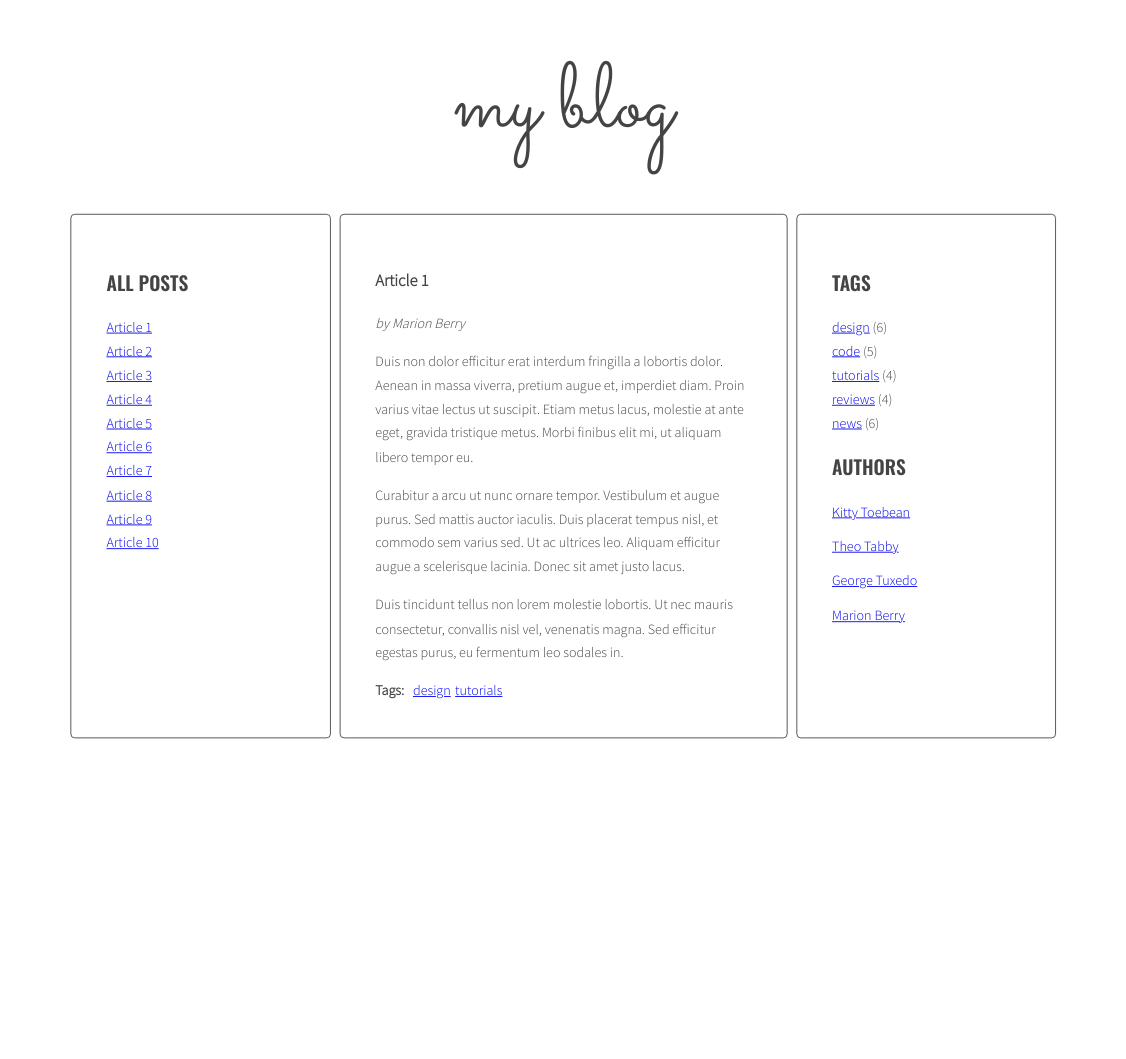
Repository: ulasup/javascript-blog
Page: index.html
An editor plug-in stored every save of this project. The page is shown before and after the next save, followed by the edit.
The browser window is 1280 px wide. The pictures show the whole page, at 88% of full size.
The style sheet was rebuilt from its Sass, Less or Tailwind sources for each picture, by a compiler version that may differ from the author's.

Above is the page before, as saved 2020-12-19 16:51:23.

### index.html
<!DOCTYPE html>
<html  lang="en">
    <head>
        <meta charset="UTF-8">
        <title>Film blog</title>
        <link rel="stylesheet" href="css/style.css">
    </head>
    <body>
        <div class="blog">
            <div class="container">
              <h1 class="logo">my blog</h1>
              <main class="wrapper">
                <aside class="sidebar">
                  <h2 class="section-title">All posts</h2>
                  <ul class="list titles">
                  </ul>
                </aside>
                <section class="posts">
                  <article class="post active" id="article-1" data-tags="design tutorials">
                    <h3 class="post-title">Article 1</h3>
                    <p class="post-author">by Marion Berry</p>
                    <div class="post-content">
                      <p>Duis non dolor efficitur erat interdum fringilla a lobortis dolor. Aenean in massa viverra, pretium augue et, imperdiet diam. Proin varius vitae lectus ut suscipit. Etiam metus lacus, molestie at ante eget, gravida tristique metus. Morbi finibus elit mi, ut aliquam libero tempor eu.</p>
                      <p>Curabitur a arcu ut nunc ornare tempor. Vestibulum et augue purus. Sed mattis auctor iaculis. Duis placerat tempus nisl, et commodo sem varius sed. Ut ac ultrices leo. Aliquam efficitur augue a scelerisque lacinia. Donec sit amet justo lacus.</p>
                      <p>Duis tincidunt tellus non lorem molestie lobortis. Ut nec mauris consectetur, convallis nisl vel, venenatis magna. Sed efficitur egestas purus, eu fermentum leo sodales in.</p>
                    </div>
                    <div class="post-tags">
                      <p><strong>Tags:</strong></p>
                      <ul class="list list-horizontal">
                      </ul>
                    </div>
                  </article>
                  <article class="post" id="article-2" data-tags="news code">
                    <h3 class="post-title">Article 2</h3>
                    <p class="post-author">by Theo Tabby</p>
                    <div class="post-content">
                      <p>Phasellus sollicitudin, arcu vel iaculis ullamcorper, quam leo viverra orci, et faucibus quam sapien vel est. Maecenas ac suscipit elit. Nullam interdum, lorem vitae venenatis pulvinar, ex dui malesuada nunc, tempus cursus enim metus vel nulla.</p>
                      <p>Integer hendrerit, eros id efficitur dapibus, ante arcu ullamcorper orci, a iaculis felis turpis at purus. Quisque sodales posuere sapien vel consectetur. Duis dui urna, commodo non ante nec, mattis dictum enim. Donec aliquam erat sed diam lobortis, vel gravida lacus laoreet. Phasellus pretium maximus mi, eu posuere justo suscipit vel.</p>
                      <p>Nam magna nisl, varius in malesuada vitae, facilisis vel metus. Proin rhoncus euismod leo dictum lobortis. Suspendisse non ante sapien.</p>
                    </div>
                    <div class="post-tags">
                      <p><strong>Tags:</strong></p>
                      <ul class="list list-horizontal">
                      </ul>
                    </div>
                  </article>
                  <article class="post" id="article-3" data-tags="news reviews design">
                    <h3 class="post-title">Article 3</h3>
                    <p class="post-author">by George Tuxedo</p>
                    <div class="post-content">
                      <p>Mauris vel pellentesque turpis, ac sodales nisl. Quisque iaculis mi velit, ut convallis tellus accumsan a. Quisque iaculis, nisi et dignissim tincidunt, nisl eros euismod nulla, finibus laoreet erat enim posuere elit.</p>
                      <p>Aenean at semper urna. Duis vel sapien molestie, egestas diam consequat, molestie nulla. Praesent a malesuada metus. Praesent et tempus leo.</p>
                      <p>Mauris in eleifend neque, vitae eleifend velit. Maecenas purus est, bibendum eget imperdiet id, dictum sed ante. Aenean a magna et eros sagittis aliquet.</p>
                    </div>
                    <div class="post-tags">
                      <p><strong>Tags:</strong></p>
                      <ul class="list list-horizontal">
                      </ul>
                    </div>
                  </article>
                  <article class="post" id="article-4" data-tags="tutorials code design">
                    <h3 class="post-title">Article 4</h3>
                    <p class="post-author">by Kitty Toebean</p>
                    <div class="post-content">
                      <p>Morbi vel cursus nulla, vel varius mauris. Suspendisse sed elit sit amet risus faucibus vestibulum ut sit amet purus. Donec orci est, condimentum ut quam quis, scelerisque fringilla ligula.</p>
                      <p>Quisque bibendum nisl id quam sagittis, id pretium dolor scelerisque. Suspendisse non odio nec velit dapibus placerat non a libero.</p>
                      <p>Vivamus at tristique ex, feugiat sagittis ex. Cras cursus, ipsum et efficitur commodo, urna sapien rutrum magna, quis sodales justo ligula eget nunc. In hac habitasse platea dictumst.</p>
                    </div>
                    <div class="post-tags">
                      <p><strong>Tags:</strong></p>
                      <ul class="list list-horizontal">
                      </ul>
                    </div>
                  </article>
                  <article class="post" id="article-5" data-tags="design reviews">
                    <h3 class="post-title">Article 5</h3>
                    <p class="post-author">by Marion Berry</p>
                    <div class="post-content">
                      <p>Suspendisse sem eros, euismod condimentum arcu ac, consequat fermentum orci. Nam convallis lacus nec interdum vestibulum. Vestibulum luctus, quam eu tristique ornare, lorem nibh sodales enim, vitae tempor dolor ante vitae tortor.</p>
                      <p>Duis venenatis metus quis luctus lobortis. In porttitor ipsum eget ligula aliquam ornare. Cras malesuada urna id volutpat sodales.</p>
                      <p>Donec lobortis ultricies turpis, eu viverra magna gravida quis. Fusce sit amet pretium nulla. Duis rutrum metus vel libero sodales, pellentesque varius ex pulvinar.</p>
                    </div>
                    <div class="post-tags">
                      <p><strong>Tags:</strong></p>
                      <ul class="list list-horizontal">
                      </ul>
                    </div>
                  </article>
                  <article class="post" id="article-6" data-tags="reviews code">
                    <h3 class="post-title">Article 6</h3>
                    <p class="post-author">by George Tuxedo</p>
                    <div class="post-content">
                      <p>Donec posuere iaculis ante sed hendrerit. Lorem ipsum dolor sit amet, consectetur adipiscing elit. Quisque hendrerit neque nec urna tincidunt, quis vehicula dui vulputate. Morbi est sapien, auctor ut lectus eu, placerat viverra lorem.</p>
                      <p>Cras consectetur at erat id accumsan. Suspendisse lacinia in nulla quis vulputate. Nunc vitae consectetur augue. Nam ut vehicula mi. Aliquam tristique, purus in hendrerit porta, elit lectus finibus mi, vel malesuada nisl lectus a libero.</p>
                      <p>Nam quis efficitur ante. Sed eget purus quis ex commodo porta eu sit amet dolor. Mauris tellus nisl, dictum nec est vitae, condimentum ornare ante. Fusce ornare hendrerit maximus. In maximus rhoncus justo.</p>
                    </div>
                    <div class="post-tags">
                      <p><strong>Tags:</strong></p>
                      <ul class="list list-horizontal">
                      </ul>
                    </div>
                  </article>
                  <article class="post" id="article-7" data-tags="code news">
                    <h3 class="post-title">Article 7</h3>
                    <p class="post-author">by Kitty Toebean</p>
                    <div class="post-content">
                      <p>Donec eleifend mauris ac nisl fermentum, ac fermentum turpis dignissim. Aliquam diam nisl, imperdiet a varius eget, lobortis sed nisi. Nullam suscipit ipsum sed magna blandit, sed pellentesque urna malesuada.</p>
                      <p>Duis vestibulum arcu et lectus viverra porta. Praesent tempor lacus eget quam mattis, sit amet venenatis diam ultrices. Morbi gravida sapien quis ligula tincidunt, vel sagittis erat ultrices.</p>
                      <p>Ut orci tellus, laoreet ac diam ut, tempus bibendum nisi. Nam egestas sagittis nibh. Curabitur tristique dui quis egestas pretium. Duis eu felis orci.</p>
                    </div>
                    <div class="post-tags">
                      <p><strong>Tags:</strong></p>
                      <ul class="list list-horizontal">
                      </ul>
                    </div>
                  </article>
                  <article class="post" id="article-8" data-tags="news design tutorials">
                    <h3 class="post-title">Article 8</h3>
                    <p class="post-author">by Theo Tabby</p>
                    <div class="post-content">
                      <p>Praesent quis imperdiet erat. Curabitur tempor sapien a interdum malesuada. Proin libero erat, sagittis a sollicitudin eget, pulvinar nec risus. Cras et suscipit sem.</p>
                      <p>Maecenas consequat diam nec sollicitudin congue. Aenean porttitor porttitor quam, condimentum interdum metus congue sed. Donec at nulla ipsum.</p>
                      <p>Mauris non congue dui. Aenean ac eros vitae massa vulputate aliquet ut ac elit. Morbi iaculis auctor nunc aliquet luctus. Nunc tincidunt sem dui, quis interdum leo pellentesque eget. Fusce id leo varius, imperdiet nunc vitae, tristique mi. Mauris quis interdum justo. Mauris auctor purus eu leo faucibus feugiat. Nulla at odio vitae leo semper blandit.</p>
                    </div>
                    <div class="post-tags">
                      <p><strong>Tags:</strong></p>
                      <ul class="list list-horizontal">
                      </ul>
                    </div>
                  </article>
                  <article class="post" id="article-9" data-tags="news tutorials">
                    <h3 class="post-title">Article 9</h3>
                    <p class="post-author">by Marion Berry</p>
                    <div class="post-content">
                      <p>Tam et facilisis purus. Donec vulputate est quis lobortis posuere. Nunc vitae lorem ut odio faucibus pulvinar nec in justo. Ut ut ante ac tellus ornare tempus. Nunc maximus, tortor et dictum convallis, nunc libero posuere leo, scelerisque ultrices arcu sapien ut tellus.</p>
                      <p>Fusce lacinia augue massa, non tincidunt tortor auctor quis. Vestibulum ut pretium nisl. Etiam id tellus tempus, commodo ligula vehicula, porta magna.</p>
                      <p>Donec fringilla blandit dolor vel aliquet. Fusce tortor sapien, lobortis eu vehicula sit amet, dignissim et lectus. In ullamcorper metus vel massa fermentum, at fermentum dui sollicitudin. Nullam lacinia elit vel tortor ullamcorper pulvinar.</p>
                    </div>
                    <div class="post-tags">
                      <p><strong>Tags:</strong></p>
                      <ul class="list list-horizontal">
                      </ul>
                    </div>
                  </article>
                  <article class="post" id="article-10" data-tags="code design news reviews">
                    <h3 class="post-title">Article 10</h3>
                    <p class="post-author">by George Tuxedo</p>
                    <div class="post-content">
                      <p>Aliquam erat volutpat. Ut non eleifend lectus. Donec suscipit tellus tempor, ornare dui id, hendrerit neque. Phasellus lacinia laoreet dui in luctus. Sed hendrerit, magna sit amet varius tempor, augue augue scelerisque est, non scelerisque mauris libero eu sapien.</p>
                      <p>Sed at sapien in quam sollicitudin aliquam. In interdum metus a mi porttitor luctus. Sed commodo, arcu id lacinia posuere, felis elit pharetra urna, at feugiat est orci sit amet libero. Quisque in nisl est. Nullam vehicula at lectus non luctus. Cras aliquam neque magna, at varius nisi egestas ut.</p>
                      <p>Rhoncus purus nulla, non auctor lacus placerat ut. Aliquam condimentum eget magna ac gravida. Etiam egestas faucibus urna et finibus. Cras vel tellus vel magna suscipit euismod. Maecenas id arcu ante. Duis iaculis scelerisque erat, at ullamcorper arcu consectetur eu. Fusce aliquam diam at arcu pharetra, vel fermentum nunc lobortis.</p>
                    </div>
                    <div class="post-tags">
                      <p><strong>Tags:</strong></p>
                      <ul class="list list-horizontal">
                      </ul>
                    </div>
                  </article>
                </section>
                <aside class="sidebar">
                  <h2 class="section-title">Tags</h2>
                  <ul class="list tags">
                    <li><a href="#">design</a> <span>(6)</span></li>
                    <li><a href="#">code</a> <span>(5)</span></li>
                    <li><a href="#">tutorials</a> <span>(4)</span></li>
                    <li><a href="#">reviews</a> <span>(4)</span></li>
                    <li><a href="#">news</a> <span>(6)</span></li>
                  </ul>
                  <h2 class="section-title">Authors</h2>
                  <ul class="list authors">
                    <li>
                      <a href="#">
                        <span class="author-name">Kitty Toebean</span>
                      </a>
                    </li>
                    <li>
                      <a href="#">
                        <span class="author-name">Theo Tabby</span>
                      </a>
                    </li>
                    <li>
                      <a href="#">
                        <span class="author-name">George Tuxedo</span>
                      </a>
                    </li>
                    <li>
                      <a href="#">
                        <span class="author-name">Marion Berry</span>
                      </a>
                    </li>
                  </ul>
                </aside>
              </main>
            </div>
          </div>
    <script src="js/script.js"></script>
    </body>
</html>

### js/script.js
'use strict';

function titleClickHandler(event){
  event.preventDefault();

  const activeLinks = document.querySelectorAll('.titles a.active');
  for(let activeLink of activeLinks){
    activeLink.classList.remove('active');
  }

  const clickedElement = this;
  clickedElement.classList.add('active');

  const activeArticles = document.querySelectorAll('.post.active');
  for(let activeArticle of activeArticles){
    activeArticle.classList.remove('active');
  }

  const articleSelector = clickedElement.getAttribute('href');
  const targetArticle = document.querySelector(articleSelector);
  targetArticle.classList.add('active');
}

const optArticleSelector = '.post',
  optTitleSelector = '.post-title',
  optTitleListSelector = '.titles',
  optArticleTagsSelector = '.post-tags .list',
  optTagsListSelector = '.tags.list';

function generateTitleLinks(customSelector = ''){

  const titleList = document.querySelector(optTitleListSelector);
  titleList.innerHTML = '';

  const articles = document.querySelectorAll(optArticleSelector + customSelector);
  let html = '';
  for (let article of articles){
    const articleId = article.getAttribute('id');
    const articleTitle = article.querySelector(optTitleSelector).innerHTML;
    const linkHTML = '<li><a href="#' + articleId + '"><span>' + articleTitle + '</span></a></li>';
    html = html + linkHTML;
  }
  titleList.innerHTML = html;

  const links = document.querySelectorAll('.titles a');
  for(let link of links){
    link.addEventListener('click', titleClickHandler);
  }
}

generateTitleLinks();


function generateTags(){
  let allTags = [];
  const articles = document.querySelectorAll(optArticleSelector);
  for (let article of articles){
    const tagList = article.querySelector(optArticleTagsSelector);
    let html = '';
    const articleTags = article.getAttribute('data-tags');
    const articleTagsArray = articleTags.split(' ');
    for (let tag of articleTagsArray){
      const linkHTML = '<li><a href="#tag-' + tag + '"><span>' + tag + '</span></a></li>';
      html = html + linkHTML;
    }
    tagList.innerHTML = html;
  }
}

generateTags();

function tagClickHandler(event){
  event.preventDefault();

  const clickedElement = this;
  console.log(clickedElement);
  const href = clickedElement.getAttribute('href');
  const tag = href.replace('#tag-', '');

  const activeTags = document.querySelectorAll('a.active[href^="#tag-"]');
  for(let activeTag of activeTags){
    activeTag.classList.remove('active');
  }

  const tagLinks = document.querySelectorAll('a[href="' + href + '"]');
  for (let tagLink of tagLinks){
    tagLink.classList.add('active');
  }

  generateTitleLinks('[data-tags~="' + tag + '"]');
}

function addClickListenersToTags(){
  const links =  document.querySelectorAll(optArticleTagsSelector);
  for(let link of links){
    link.addEventListener('click', tagClickHandler);
  }
}

addClickListenersToTags();

### sass/style.scss
@import url('https://fonts.googleapis.com/css?family=Oswald:400,600|Sacramento|Source+Sans+Pro:300&subset=latin-ext');

/* Variables */

$color-light: #fff;
$color-dark: #444;

$font-logo: 'Sacramento', cursive;
$font-header: 'Oswald', sans-serif;
$font-text: 'Source Sans Pro', sans-serif;

/* Global */

*, *::before, *::after {
  box-sizing: border-box;
}

body {
  background: $color-light;
  font-family: $font-text;
  color: $color-dark;
  font-weight: 300;
  font-size: 16px;
  line-height: 1.7;
}

.container {
  max-width: 1140px;
  margin: 0 auto;
}

.section-title {
  font-size: 22px;
  text-transform: uppercase;
  font-family: $font-header;
  font-weight: 600;

  span {
    text-transform: none;
    font-weight: 400;
    color: lighten($color-dark, 20%);
  }
}

/* Layout */

.wrapper {
  display: flex;
  margin-left: 10px;
}

.sidebar {
  flex: 1 0 0;
}

.posts {
  flex: 2 0 0;
}

.sidebar, .posts {
  background: $color-light;
  margin-right: 10px;
  padding: 40px;
  border: 1px solid $color-dark;
  border-radius: 5px;
}

/* Logo */

.logo {
  font-family: $font-logo;
  font-weight: 400;
  font-size: 104px;
  line-height: 1;
  text-align: center;
}

/* Lists */

.list {
  list-style-type: none;
  margin: 0;
  padding: 0;

  .active {
    font-weight: bold;
  }
}

.list-horizontal {
  li {
    display: inline-block;
    margin-right: 5px;
  }
}

/* Authors */

.authors {
  li {
    margin-bottom: 12px;
  }
}

/* Post */

.post {
  z-index: 1;
  position: absolute;
  opacity: 0;

  &.active {
    z-index: 2;
    position: relative;
    opacity: 1;
    transition: opacity 1s;
  }
}

.post-author {
  font-style: italic;
}

.post-tags {
  display: flex;

  p {
    margin: 0 10px 0 0;
  }
}

After the next save:
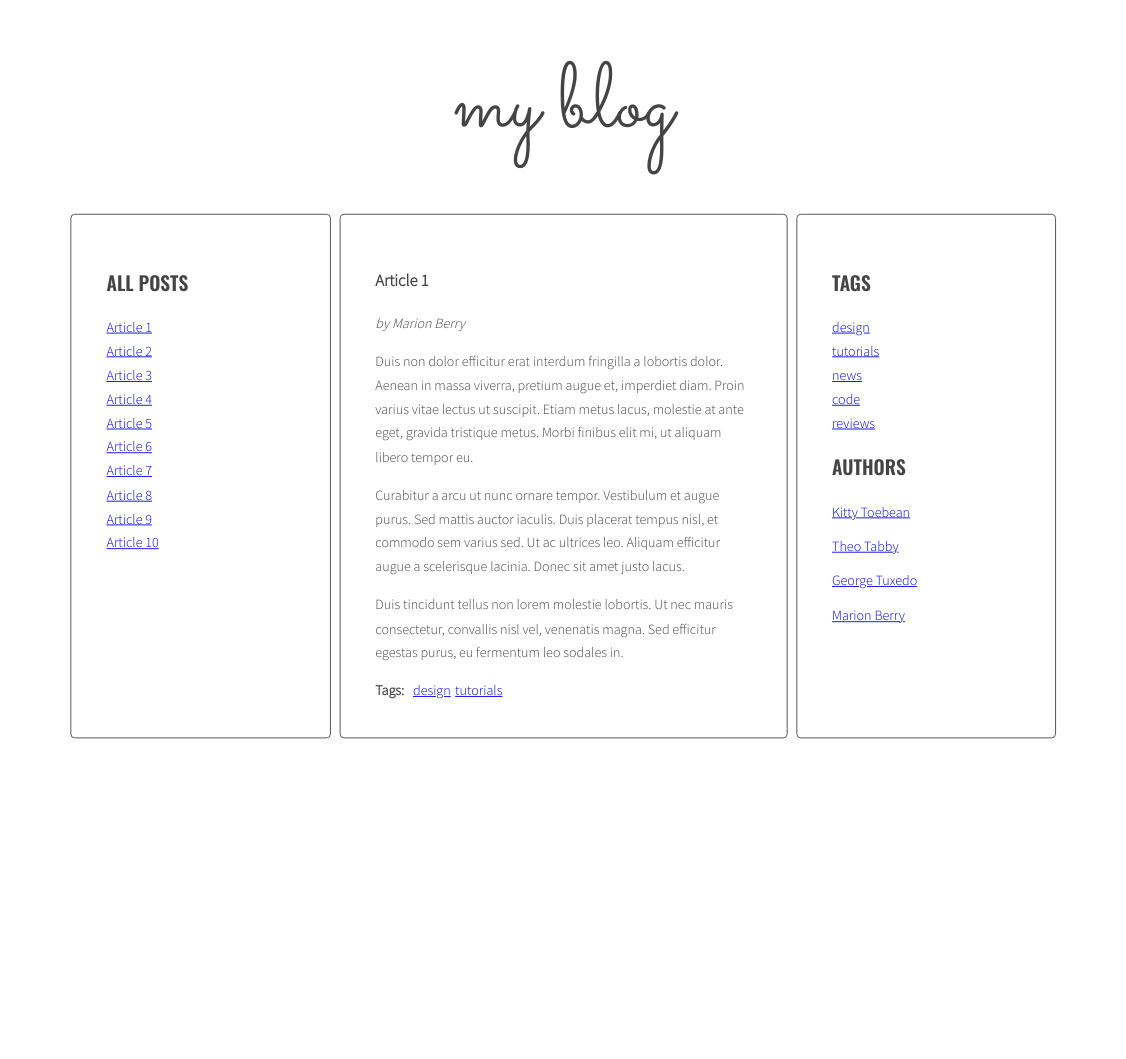
Saved 3 min 1 s later.
--- a/index.html
+++ b/index.html
@@ -160,11 +160,6 @@
                 <aside class="sidebar">
                   <h2 class="section-title">Tags</h2>
                   <ul class="list tags">
-                    <li><a href="#">design</a> <span>(6)</span></li>
-                    <li><a href="#">code</a> <span>(5)</span></li>
-                    <li><a href="#">tutorials</a> <span>(4)</span></li>
-                    <li><a href="#">reviews</a> <span>(4)</span></li>
-                    <li><a href="#">news</a> <span>(6)</span></li>
                   </ul>
                   <h2 class="section-title">Authors</h2>
                   <ul class="list authors">
--- a/js/script.js
+++ b/js/script.js
@@ -62,9 +62,14 @@
     for (let tag of articleTagsArray){
       const linkHTML = '<li><a href="#tag-' + tag + '"><span>' + tag + '</span></a></li>';
       html = html + linkHTML;
+      if(allTags.indexOf(linkHTML) == -1){
+        allTags.push(linkHTML);
+      }
     }
     tagList.innerHTML = html;
   }
+  const tagList = document.querySelector('.tags');
+  tagList.innerHTML = allTags.join(' ');
 }
 
 generateTags();
